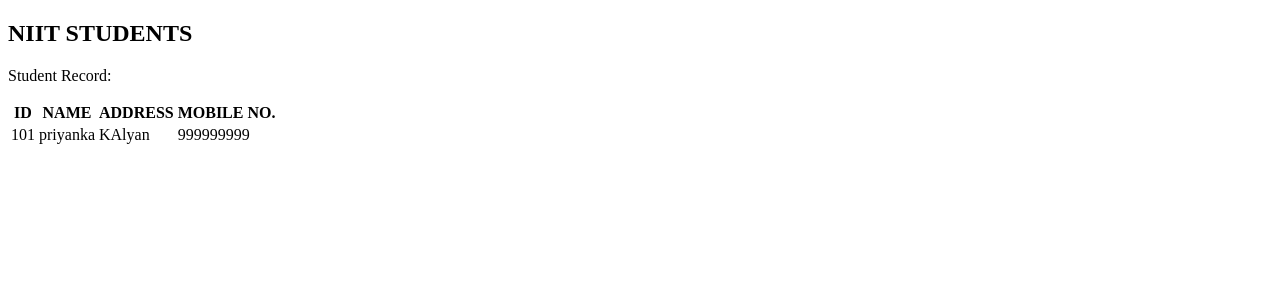
Repository: priyankateli27/priyanka
Page: http://localhost/SirAssignment/Entry_Table.jsp
These files come from the project's save history. The page is drawn as it stood at one moment and after the next save; the edit follows.
The browser window is 1280 px wide. The pictures show the whole page.
The page is served by Tomcat 9.

Above is the page before, as saved 2016-07-14 13:21:31.

After the next save:
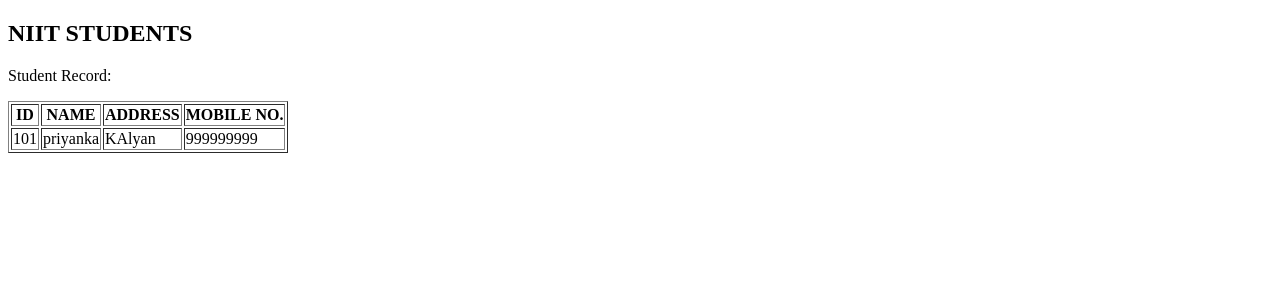
Saved 69 s later.
--- a/SirAssignment/src/main/webapp/Entry_Table.jsp
+++ b/SirAssignment/src/main/webapp/Entry_Table.jsp
@@ -20,7 +20,7 @@
 <div class="container">
   <h2>NIIT STUDENTS</h2>
   <p>Student Record:</p>
-  <table class="table">
+  <table class="table" border=1>
     <thead>
       <tr>
         <th>ID</th>
